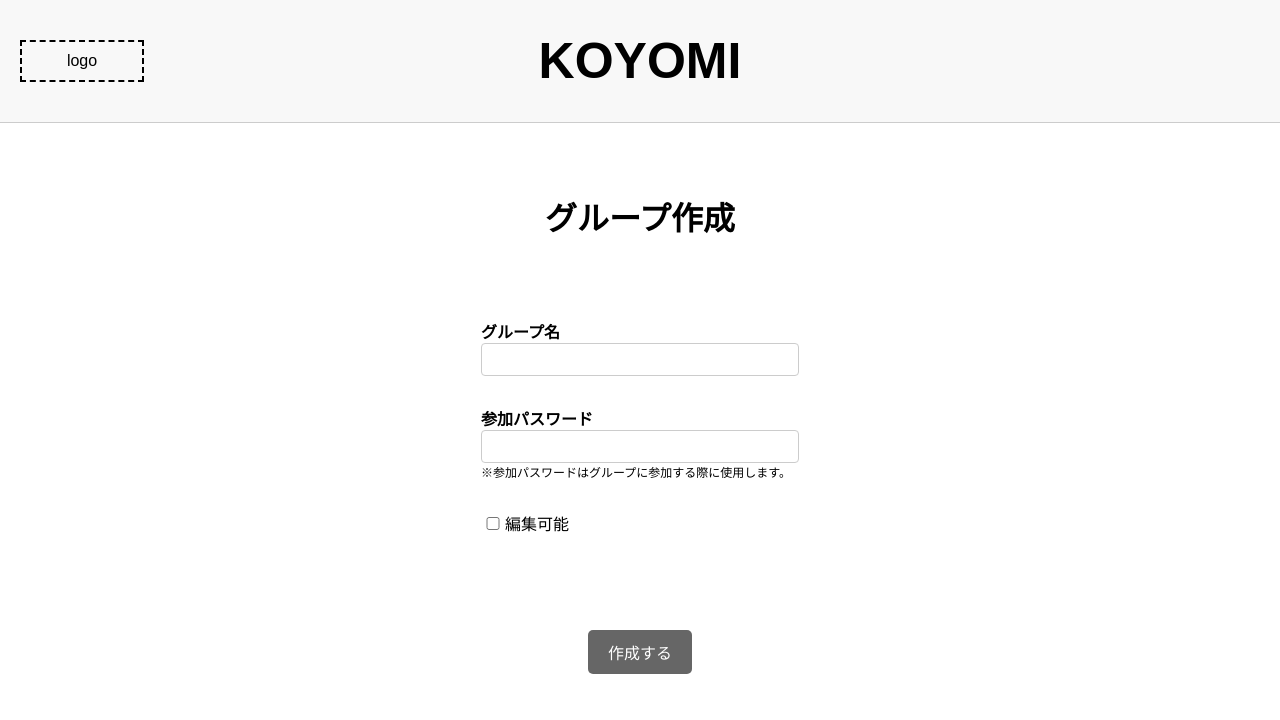
Repository: teramu0602/koyomi
Page: http://localhost/groups
The author's editor kept a copy of each file at every save. The page is drawn from the files as they stood at one save, then again after a run of saves.
The browser window is 1280 px wide. The pictures show the whole page.
Some web fonts or font styles are not loaded; a fallback is used. The page is served by the project's Laravel application, run on PHP 8.4 with Laravel 9.

Above is the page before, as saved 2025-03-23 15:37:51.

After the next 2 saves:
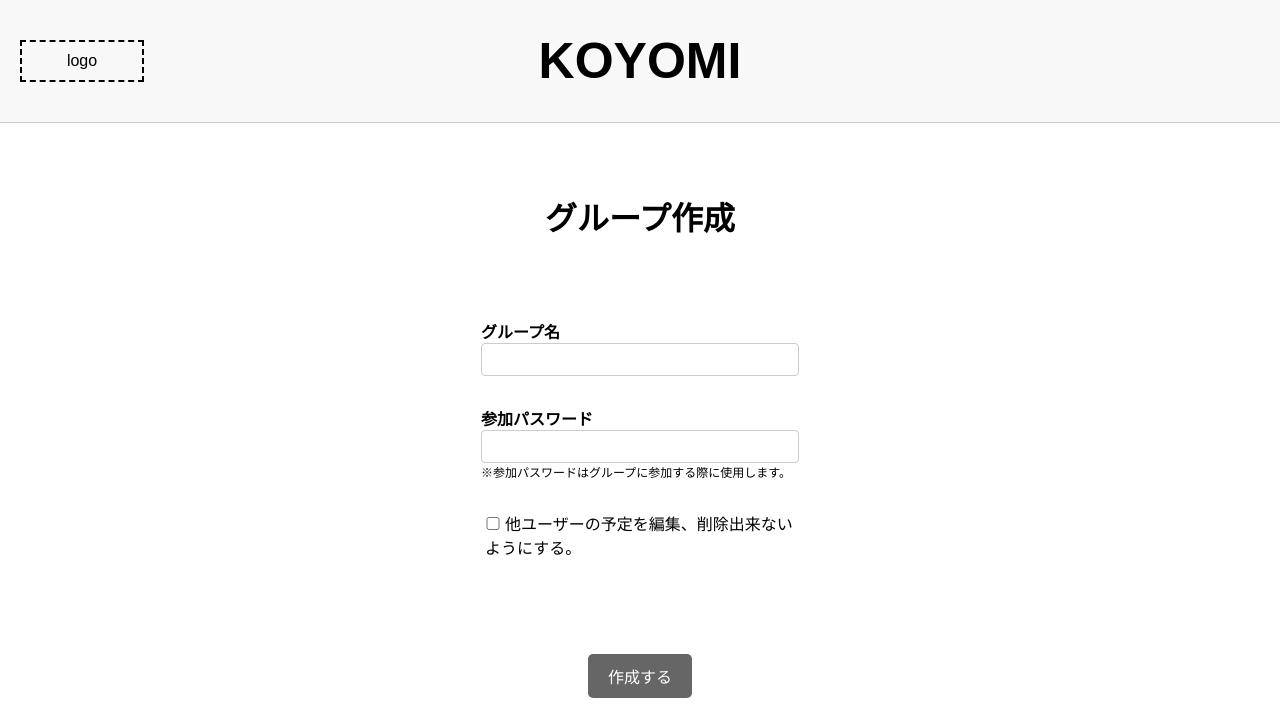
The 2 saves are shown as one change because they came seconds apart.
The last was saved 65 s later.
--- a/resources/views/admin/create_group.blade.php
+++ b/resources/views/admin/create_group.blade.php
@@ -21,7 +21,7 @@
     </div>
     <div class="editckb">
         <input class = "check_box" type="checkbox" id="edit_flg" name="edit_flg" value="1">
-        <label class="label_n" for="edit_flg">編集可能</label>
+        <label class="label_n" for="edit_flg">他ユーザーの予定を編集、削除出来ないようにする。</label>
     </div>
     </div>
     <button type="submit">作成する</button>
